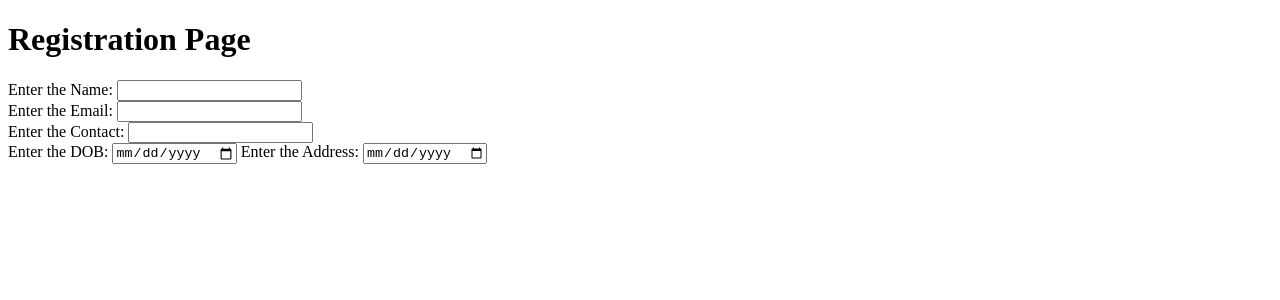
Repository: Pradeep4802/utopiatech
Page: eclipse-workspace/OwnServlet/src/main/webapp/Home.html
These files come from the project's save history. The page is drawn as it stood at one moment and after the next save; the edit follows.
The browser window is 1280 px wide. The pictures show the whole page.

Above is the page before, as saved 2023-10-09 08:55:43.

After the next save:
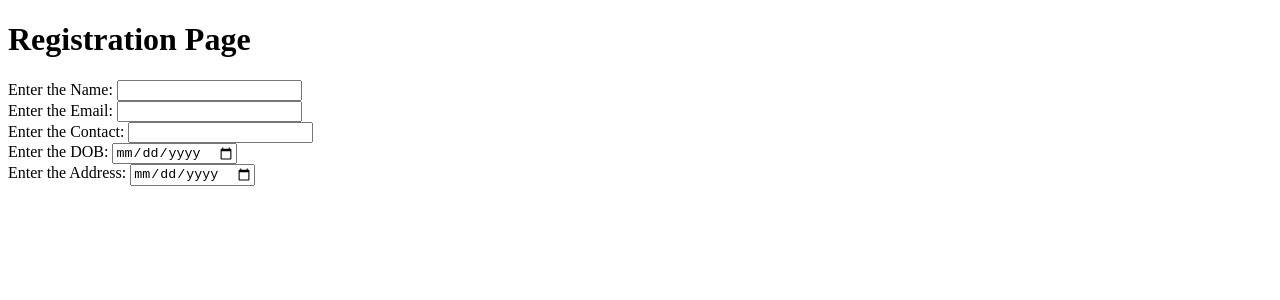
Saved 4 s later.
--- a/eclipse-workspace/OwnServlet/src/main/webapp/Home.html
+++ b/eclipse-workspace/OwnServlet/src/main/webapp/Home.html
@@ -16,7 +16,7 @@
 			<label for="user_contact">Enter the Contact: <input type="number"
 				name="user_contact" /></label><br>
 			<label for="user_dob">Enter the DOB: <input type="date"
-				name="user_dob" /></label>
+				name="user_dob" /></label><br>
 			<label for="user_dob">Enter the Address: <input type="date"
 				name="user_dob" /></label>
 
